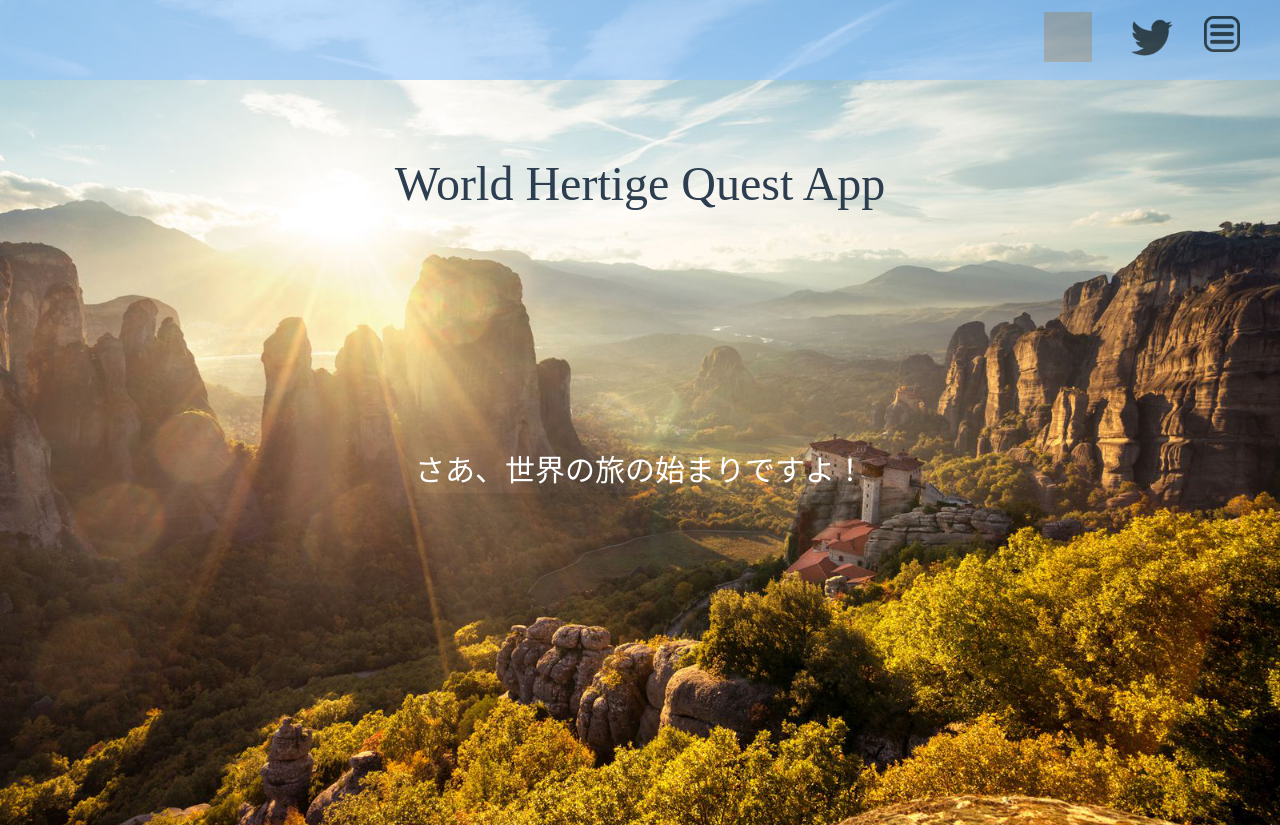
Repository: hashiz008/World-Heritage-Travel-App
Page: /
An editor plug-in stored every save of this project. The page is shown before and after a run of saves, followed by the edit.
The browser window is 1280 px wide. The pictures show the whole page.
Pictures or frames that could not be fetched are drawn as grey boxes. Some web fonts or font styles are not loaded; a fallback is used. The project was rebuilt for these pictures with package versions that can differ from the ones it lists, and the page was loaded fresh each time. Also part of the build but not shown: vue.config.js.

Above is the page before, as saved 2022-01-25 11:39:41.

### src/App.vue
<template>
    <div id="nav"></div>
    <router-view />
</template>

<style>
#app {
    font-family: Avenir, Helvetica, Arial, sans-serif;
    -webkit-font-smoothing: antialiased;
    -moz-osx-font-smoothing: grayscale;
    text-align: center;
    color: #2c3e50;
}

#nav {
    padding: 30px;
}

#nav a {
    font-weight: bold;
    color: #2c3e50;
}

#nav a.router-link-exact-active {
    color: #42b983;
}
</style>

### src/router/index.ts
import { createRouter, createWebHistory, RouteRecordRaw } from 'vue-router'
import TopPage from '../views/TopPage.vue'

const routes: Array<RouteRecordRaw> = [
  {
    path: '/',
    name: 'TopPage',
    component: TopPage
  },
  {
    path: '/mainPage',
    name: 'MainPage',
    // route level code-splitting
    // this generates a separate chunk (about.[hash].js) for this route
    // which is lazy-loaded when the route is visited.
    component: () => import(/* webpackChunkName: "about" */ '../views/MainPage.vue')
  }
]

const router = createRouter({
  history: createWebHistory(process.env.BASE_URL),
  routes
})

export default router

### src/views/TopPage.vue
<template>
    <div class="backImgDiv">
        <div class="backImg">
            <div class="menu bg-blue-300 opacity-60 pr-10 flex justify-end">
                <input id="nav-input" type="checkbox" class="input invisible" />
                <div
                    class="rounded-full hover:bg-blue-100 hover:opacity-80 w-14 h-14 mt-1 mr-7 pt-2 pl-2"
                >
                    <a href="https://github.com/hashiz008"
                        ><img
                            class="cursor-pointer githubIcon"
                            src="../img//githubIcon.png"
                            alt="githubIcon"
                    /></a>
                </div>
                <div
                    class="rounded-full hover:bg-blue-100 hover:opacity-80 w-14 h-14 mr-7 mt-1 pt-2 pl-2"
                >
                    <a href="https://twitter.com/hashiz008"
                        ><img
                            class="cursor-pointer twitterIcon"
                            src="../img//twitterIcon2.png"
                            alt="twitter"
                    /></a>
                </div>
                <label for="nav-input"
                    ><img
                        class="cursor-pointer mt-4 w-9 h-9"
                        src="../img/menuIcon.png"
                        alt="menuIcon"
                /></label>
                <div class="detail pt-10 text-white">
                    <h2 class="text-4xl">世界遺産探検アプリの紹介</h2>
                    <p class="pt-5 text-2xl">
                        このアプリは好きな数字を入力してshowボタンを押すと世界遺産の画像と名前、国名が表示されます。
                    </p>
                    <p class="pt-5 text-2xl">
                        また,それと連動してGoogleMapにピンポイントでその遺産がある場所にMarkerされます。そしてダウンロードボタンを押すと画像がダウンロードされます。
                    </p>
                    <ul class="pt-5">
                        <li class="text-2xl">ヨーロッパ編: 0~10</li>
                        <li class="text-2xl">アメリカ編: 11~20</li>
                        <li class="text-2xl">アジア編: 21~30</li>
                    </ul>
                    <p class="text-2xl pt-3">
                        いずれデータを追加する予定です。
                    </p>
                </div>
            </div>
            <div class="titleDiv flex justify-center pt-40">
                <h1 class="title text-5xl">World Hertige Quest App</h1>
            </div>
            <div class="startBtn startBtns flex justify-center">
                <!-- <router-link
                    class="shadow-2xl text-white hover:opacity-70 hover:border-blue-800 hover:bg-blue-600 rounded-full py-2 px-4 border-2 border-blue-500"
                    to="/mainPage"
                    >さあ、世界の旅の始まりですよ！</router-link
                > -->
                <router-link class="router shadow-2xl text-white" to="/mainPage"
                    >さあ、世界の旅の始まりですよ！</router-link
                >
            </div>
        </div>
    </div>
</template>

<script>
// @ is an alias to /src
export default {
    name: "Home",
};
</script>

<style scoped="lang">
@import url("https://fonts.googleapis.com/css2?family=M+PLUS+2:wght@700&family=Playfair+Display:wght@500&display=swap");
@import url("https://fonts.googleapis.com/css?family=Raleway:200");
.backImgDiv {
    margin-top: -60px;
}
.backImg {
    background-image: url("../assets/startPage.png");
    background-repeat: no-repeat;
    background-size: cover;
    background-position: center center;
    width: 100%;
    height: 825px;
}
.menu {
    position: fixed;
    width: 100%;
    height: 80px;
}
.detail {
    width: 100%;
    height: 100%;
    position: fixed;
    left: 0;
    margin-top: 80px;
    display: none;
    background-color: #112129;
    animation: detail 2s;
}
@keyframes detail {
    0% {
        transform-origin: bottom;
        transform: scaleY(0);
    }
}
#nav-input:hover ~ .detail {
    display: block;
}
#input:hover ~ .titleDiv {
    display: none;
}
.titleDiv {
    animation: title 2s;
}
@keyframes title {
    0% {
        transform: rotate(0deg);
    }
    100% {
        transform: rotate(360deg);
    }
}
.title {
    font-family: "Libre Baskerville", serif;
}
.githubIcon {
    width: 50px;
    height: 50px;
}
.twitterIcon {
    width: 50px;
    height: 50px;
}
.startBtn {
    font-size: 30px;
    margin-top: 15rem;
}
</style>

Loaded but not shown: src/main.ts (common file); src/index.css (common file); tailwind.config.js (common file)

After the next 2 saves:
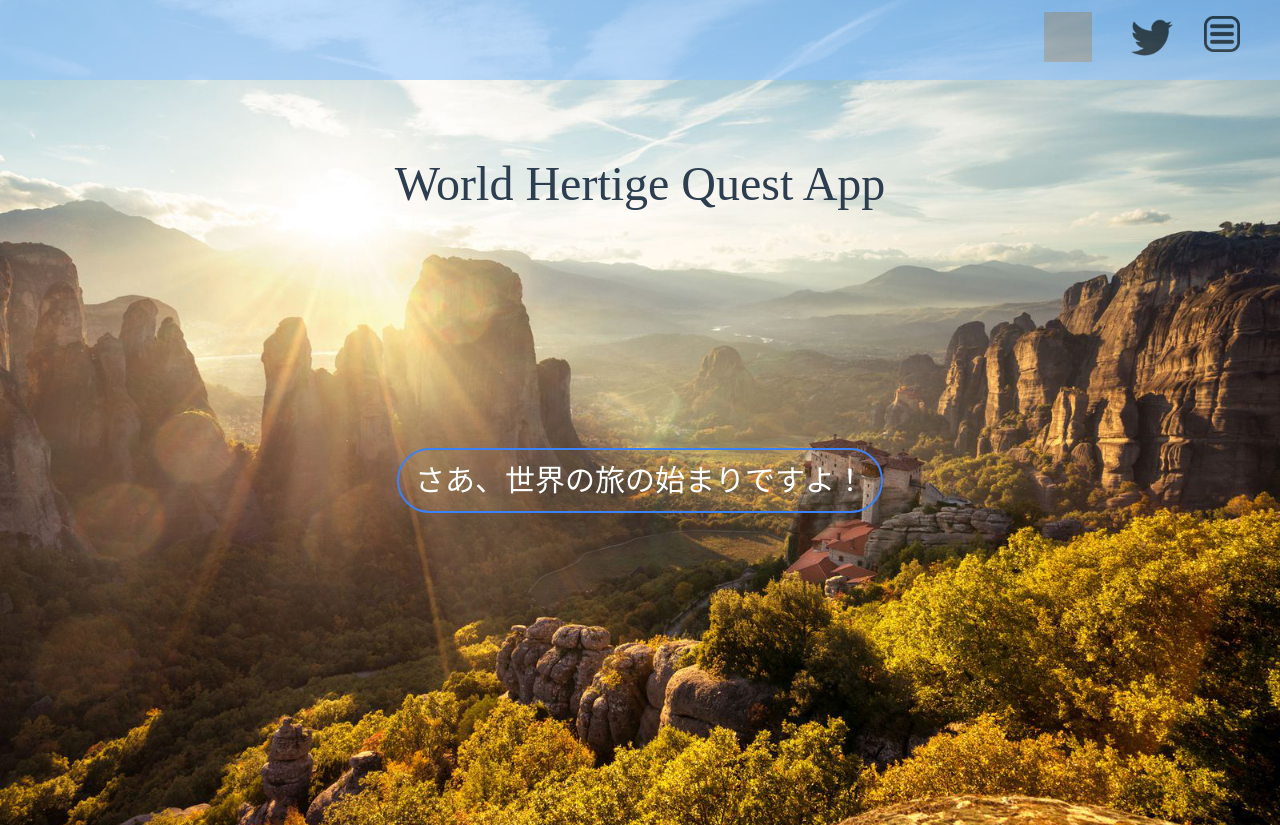
The 2 saves are shown as one change because they came seconds apart.
The last was saved 71 s later.
--- a/src/views/TopPage.vue
+++ b/src/views/TopPage.vue
@@ -51,12 +51,9 @@
                 <h1 class="title text-5xl">World Hertige Quest App</h1>
             </div>
             <div class="startBtn startBtns flex justify-center">
-                <!-- <router-link
+                <router-link
                     class="shadow-2xl text-white hover:opacity-70 hover:border-blue-800 hover:bg-blue-600 rounded-full py-2 px-4 border-2 border-blue-500"
                     to="/mainPage"
-                    >さあ、世界の旅の始まりですよ！</router-link
-                > -->
-                <router-link class="router shadow-2xl text-white" to="/mainPage"
                     >さあ、世界の旅の始まりですよ！</router-link
                 >
             </div>
